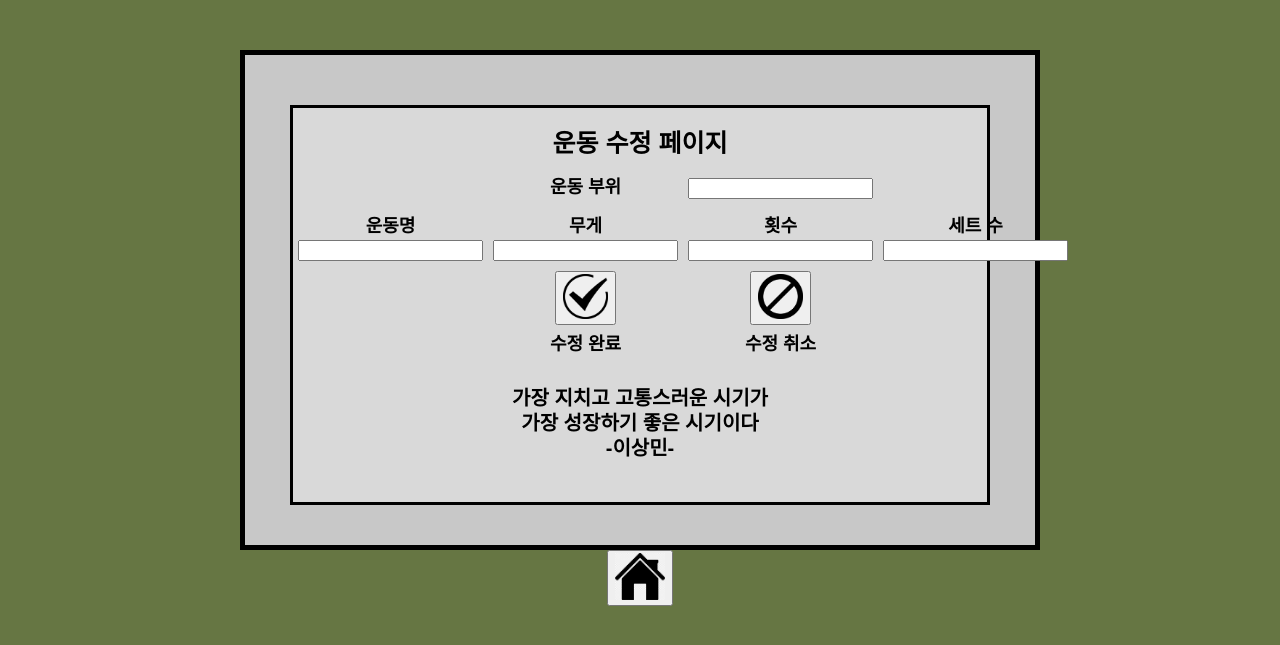
Repository: Up-Min/hrdkorea
Page: http://localhost/jsp_workout/wk_edit.jsp
The author's editor kept a copy of each file at every save. The page is drawn from the files as they stood at one save, then again after the next save.
The browser window is 1280 px wide. The pictures show the whole page.
The page is served by Tomcat 9. Other server files are loaded and not shown. The template is opened directly, without the code that normally fills it, so the values that code supplies are empty.

Above is the page before, as saved 2023-01-01 12:00:56.

### jsp_workout/src/main/webapp/wk_edit.jsp
<%@ page language="java" contentType="text/html; charset=UTF-8"
    pageEncoding="UTF-8"%>
    <%@ taglib prefix="c" uri="http://java.sun.com/jsp/jstl/core"%>
<!DOCTYPE html>
<html style="background-color: #667643;">
<head>
<meta charset="UTF-8">
<title>Insert title here</title>
<link rel="stylesheet" href="./css/style.css" />
</head>
<style>

body{
width: 800px;
height : 500px;
margin: 0 auto;
border: 5px solid black;
margin-top: 50px;

}

.workout{
	width: 700px;
	height : 400px;
	text-align: center;
	color: black;
	border: 3px solid black;
	margin: 0 auto;
	margin-top: 50px;
	font-size: 18px;
	background-color: #D9D9D9;
}

.title{
	font-size: 25px;
	line-height: 30px;
	padding: 5px;
	margin-top: 15px;
	margin-bottom: 15px;
}

table{
	margin-top:10px;
	text-align: center;
	margin: 0 auto;
}

tr{
margin-top: 5px;
	padding: 5px;
}


td{
	padding: 5px;
}

.good{
	font-size: 20px;
	line-height: 25px;
}

p{
	margin-top: 10px;
}

.button{
	margin: 0 auto;
	text-align: center;
	margin-top: 45px;
}

button:hover{
 cursor: pointer;
}
</style>

<body>
	<%
	String num = request.getParameter("user_num");
	String wnum = request.getParameter("work_num");
	%>

	<div class="workout">
		<form action="update" method="post">
		<input type="hidden" name="user_num" value="${user_num}">
		<input type="hidden" name="wk_number" value="${workout.wk_number}">
		<input type="hidden" name="ex_number" value="${workout.ex_number}">
		<input type="hidden" name="user_id" value="${user_id}">
		<input type="hidden" name="user_pwd" value="${user_pwd}">
			<div class="day">
			<p class="title"> 운동 수정 페이지 </p>
				<table>
					<tr>
						<th> </th>
						<th>운동 부위 </th>
						<th><input type="text" name="wk_part" maxlength="20" value="${workout.wk_part}" readonly> </th>
						<th></th>
					</tr>
					<tr>
						<th> <br> </th>
					</tr>
					<tr>
						<th>운동명</th>
						<th>무게</th>
						<th>횟수</th>
						<th>세트 수</th>
					</tr>
					<tr>
						<td><input type="text" name="ex_name" maxlength="40" value="${workout.ex_name}"></td>
						<td><input type="text" name="ex_weight" maxlength="20" value="${workout.ex_weight}"></td>
						<td><input type="text" name="ex_reps" maxlength="20" value="${workout.ex_reps}"></td>
						<td><input type="text" name="ex_sets" maxlength="20" value="${workout.ex_sets}"></td>
					</tr>
					<tr>
						<td></td>
						<td>
							<button type = "submit"><img alt="check" src="./img/check.png" width="45px"></button>
							<p> 수정 완료 </p>
							</td>
							<td>
							<button onclick="location.href = 'signin?user_id=${user_id}&user_pwd=${user_pwd}'; return false;"> <img alt="나가기" src="./img/cancel.png" width="45px"> </button>
							<p>수정 취소</p>
						</td>
						<td></td>
					</tr>

				</table>
			</div>
		</form>
		<br>
		<p class="good">
			가장 지치고 고통스러운 시기가 <br> 가장 성장하기 좋은 시기이다 <br>
			<b> -이상민- </b>
		</p>

	</div>
	<div class="button">
			<button onclick="location.href = 'signin?user_id=${user_id}&user_pwd=${user_pwd}'"> <img alt="홈으로" src="./img/home.png" width="50px"> </button>
	</div>


	<script type="text/javascript" src="./script.js"></script>
</body>

</html>

### jsp_workout/src/main/webapp/css/style.css
@charset "UTF-8";
@import url('./reset.css');

* { box-sizing: border-box; }
.video-background {
  background: #000;
  position: fixed;
  top: 0; right: 0; bottom: 0; left: 0;
  z-index: -99;
}
.video-foreground,
.video-background iframe {
  position: absolute;
  top: 0;
  left: 0;
  width: 100%;
  height: 100%;
  pointer-events: none;
}
#vidtop-content {
    top: 0;
    color: #fff;
}
.vid-info { position: absolute; top: 0; right: 0; width: 33%; background: rgba(0,0,0,0.3); color: #fff; padding: 1rem; font-family: Avenir, Helvetica, sans-serif; }
.vid-info h1 { font-size: 2rem; font-weight: 700; margin-top: 0; line-height: 1.2; }
.vid-info a { display: block; color: #fff; text-decoration: none; background: rgba(0,0,0,0.5); transition: .6s background; border-bottom: none; margin: 1rem auto; text-align: center; }
@media all and (max-width: 600px) {
.vid-info { width: 50%; padding: .5rem; }
.vid-info h1 { margin-bottom: .2rem; }
}
@media all and (max-width: 500px) {
.vid-info .acronym { display: none; }
}

*,:after,:before{box-sizing:border-box}
.clearfix:after,.clearfix:before{content:'';display:table}
.clearfix:after{clear:both;display:block}
a{color:inherit;text-decoration:none}

.login-wrap{
  width:100%;
  margin:auto;
  max-width:525px;
  min-height:670px;
  position:relative;
  box-shadow:0 12px 15px 0 rgba(0,0,0,.24),0 17px 50px 0 rgba(0,0,0,.19);
}
.login-html{
  width:100%;
  height:100%;
  position:absolute;
  padding:90px 70px 50px 70px;
  background:rgba(40,57,101,.9);
}
.login-html .sign-in-htm,
.login-html .sign-up-htm{
  top:0;
  left:0;
  right:0;
  bottom:0;
  position:absolute;
  transform:rotateY(180deg);
  backface-visibility:hidden;
  transition:all .4s linear;
}
.login-html .sign-in,
.login-html .sign-up,
.login-form .group .check{
  display:none;
}
.login-html .tab,
.login-form .group .label,
.login-form .group .button{
  text-transform:uppercase;
}
.login-html .tab{
  font-size:22px;
  margin-right:15px;
  padding-bottom:5px;
  margin:0 15px 10px 0;
  display:inline-block;
  border-bottom:2px solid transparent;
}
.login-html .sign-in:checked + .tab,
.login-html .sign-up:checked + .tab{
  color:#fff;
  border-color:#1161ee;
}
.login-form{
  min-height:345px;
  position:relative;
  perspective:1000px;
  transform-style:preserve-3d;
}
.login-form .group{
  margin-bottom:15px;
}
.login-form .group .label,
.login-form .group .input,
.login-form .group .button{
  width:100%;
  color:#fff;
  display:block;
}
.login-form .group .input,
.login-form .group .button{
  border:none;
  padding:15px 20px;
  border-radius:25px;
  background:rgba(255,255,255,.1);
}
.login-form .group input[data-type="password"]{
  text-security:circle;
  -webkit-text-security:circle;
}
.login-form .group .label{
  color:#aaa;
  font-size:12px;
}
.login-form .group .button{
  background:#1161ee;
}
.login-form .group label .icon{
  width:15px;
  height:15px;
  border-radius:2px;
  position:relative;
  display:inline-block;
  background:rgba(255,255,255,.1);
}
.login-form .group label .icon:before,
.login-form .group label .icon:after{
  content:'';
  width:10px;
  height:2px;
  background:#fff;
  position:absolute;
  transition:all .2s ease-in-out 0s;
}
.login-form .group label .icon:before{
  left:3px;
  width:5px;
  bottom:6px;
  transform:scale(0) rotate(0);
}
.login-form .group label .icon:after{
  top:6px;
  right:0;
  transform:scale(0) rotate(0);
}
.login-form .group .check:checked + label{
  color:#fff;
}
.login-form .group .check:checked + label .icon{
  background:#1161ee;
}
.login-form .group .check:checked + label .icon:before{
  transform:scale(1) rotate(45deg);
}
.login-form .group .check:checked + label .icon:after{
  transform:scale(1) rotate(-45deg);
}
.login-html .sign-in:checked + .tab + .sign-up + .tab + .login-form .sign-in-htm{
  transform:rotate(0);
}
.login-html .sign-up:checked + .tab + .login-form .sign-up-htm{
  transform:rotate(0);
}

body{
  margin:0;
  color:#6a6f8c;
  background:#c8c8c8;
  font:600 16px/18px 'Open Sans',sans-serif;
}

.all{
	top : 100px;
	width: 800px;

}

ul{
	list-style: none;
}

tr:hover{
	cursor: pointer;
}

.hr{
  height:2px;
  margin:60px 0 50px 0;
  background:rgba(255,255,255,.2);
}
.foot-lnk{
  text-align:center;
}

### jsp_workout/src/main/webapp/script.js
/**
 *
 */

function signup() {
	var f = document.signup_form;

	if (f.user_id == '') {
		alert("아이디를 입력해 주십시오.");
		return false;
	}
	if (f.user_pwd == '') {
		alert("비밀번호를 입력해 주십시오.");
		return false;
	}
	if (f.user_email == '') {
		alert("이메일 주소를 입력해 주십시오.");
		return false;
	}

	alert("회원가입이 완료 되었습니다!");
	f.submit();
}

function chk_form() {
	var f = document.wk_insert;
	f.submit();
}

function chk_cancel(user_id, user_pwd) {
	const result = confirm("하시던 운동을 취소하시겠습니까?");
	if (result) {
		location.href = "/jsp_workout/signin?user_id=" + user_id + "&user_pwd=" + user_pwd;
	} else {
		return false;
	}
}

function cancel_edit(user_id, user_pwd) {
	const result = confirm("수정을 취소하시겠습니까?");
	if (result) {
		location.href = "/jsp_workout/signin?user_id=" + user_id + "&user_pwd=" + user_pwd;
	} else {
		return false;
	}
}

### jsp_workout/src/main/webapp/css/reset.css
/* 홈페이지 초기화 reset.css */

/* http://meyerweb.com/eric/tools/css/reset/
   v2.0 | 20110126
   License: none (public domain)
*/

html, body, div, span, applet, object, iframe,
h1, h2, h3, h4, h5, h6, p, blockquote, pre,
a, abbr, acronym, address, big, cite, code,
del, dfn, em, img, ins, kbd, q, s, samp,
small, strike, strong, sub, sup, tt, var,
b, u, i, center,
dl, dt, dd, ol, ul, li,
fieldset, form, label, legend,
table, caption, tbody, tfoot, thead, tr, th, td,
article, aside, canvas, details, embed,
figure, figcaption, footer, header, hgroup,
menu, nav, output, ruby, section, summary,
time, mark, audio, video {
	margin: 0;
	padding: 0;
	border: 0;
	font-size: 100%;
	font: inherit;
	vertical-align: baseline;
	font-family: 'Jua', sans-serif;
}
/* HTML5 display-role reset for older browsers */
article, aside, details, figcaption, figure,
footer, header, hgroup, menu, nav, section {
	display: block;
}
body {
	line-height: 1;
}
ol, ul {
	list-style: none;
}
blockquote, q {
	quotes: none;
}
blockquote:before, blockquote:after,
q:before, q:after {
	content: '';
	content: none;
}
table {
	border-collapse: collapse;
	border-spacing: 0;
}

/* 추가 */

a { text-decoration: none !important;
	color: black;
}

header, footer, section {
	box-sizing:border-box;
}

iframe { /* 영상때문에 쓰임. 영상 크기 맞춰둠. */
	width: 100%;
}

After the next save:
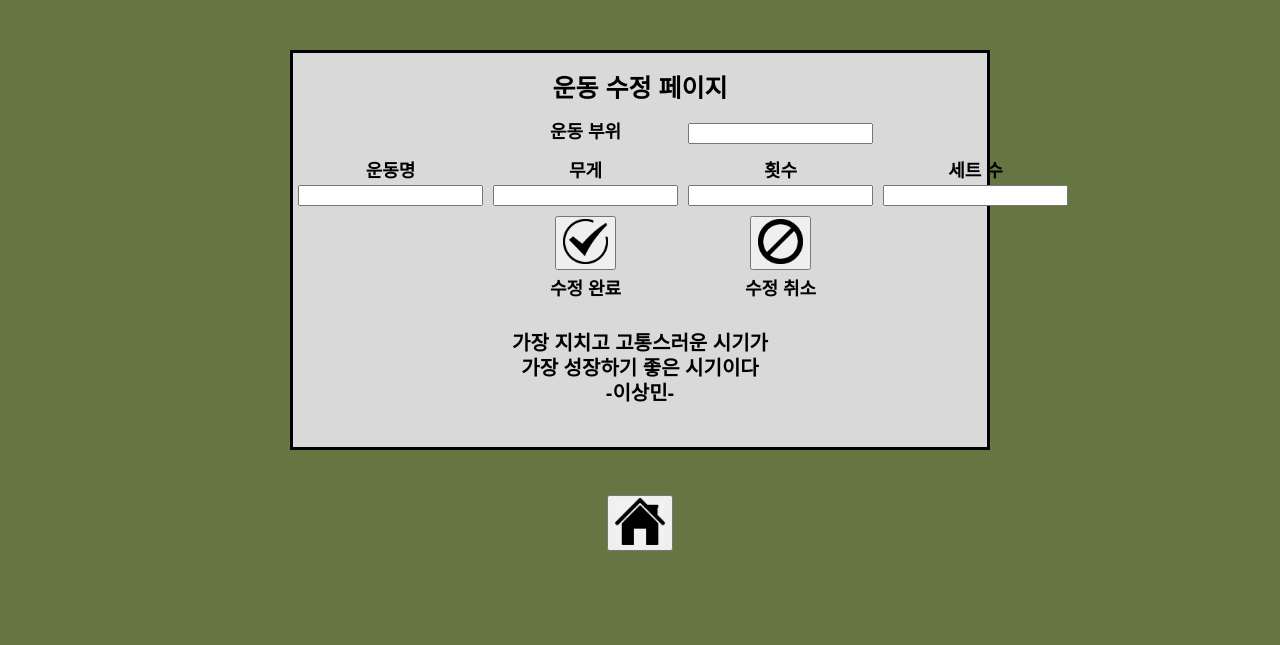
Saved 39 min 18 s later.
--- a/jsp_workout/src/main/webapp/wk_edit.jsp
+++ b/jsp_workout/src/main/webapp/wk_edit.jsp
@@ -14,9 +14,8 @@ body{
 width: 800px;
 height : 500px;
 margin: 0 auto;
-border: 5px solid black;
 margin-top: 50px;
-
+background-color: transparent;
 }
 
 .workout{
